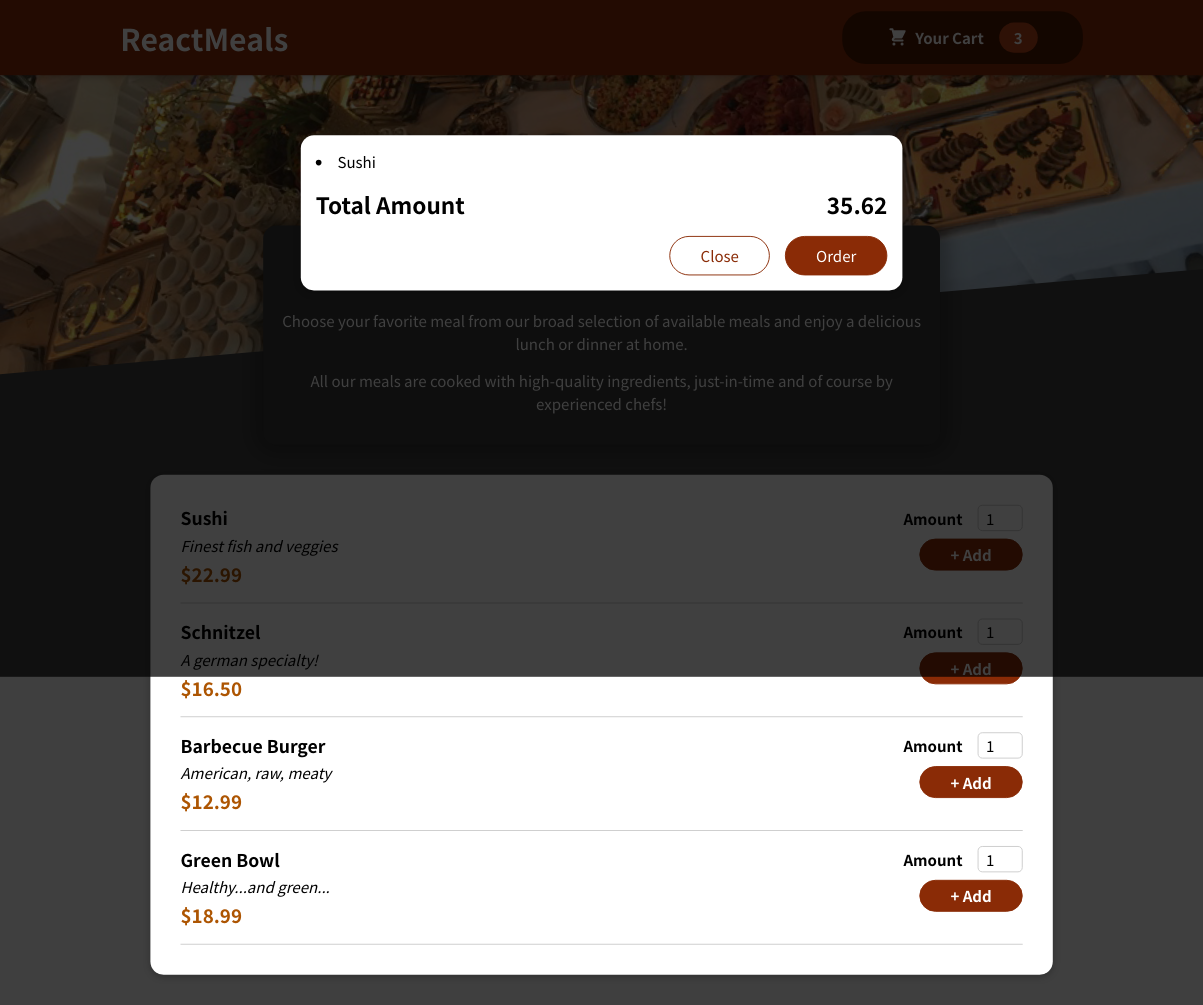
Repository: m-ahmadshaikh/React-Food-Ordering-App
Page: /
An editor plug-in stored every save of this project. The page is shown before and after the next save, followed by the edit.
The browser window is 1280 px wide. The pictures show the whole page, at 94% of full size.
The project was rebuilt for these pictures with package versions that can differ from the ones it lists, and the page was loaded fresh each time.

Above is the page before, as saved 2022-09-08 17:36:05.

After the next save:
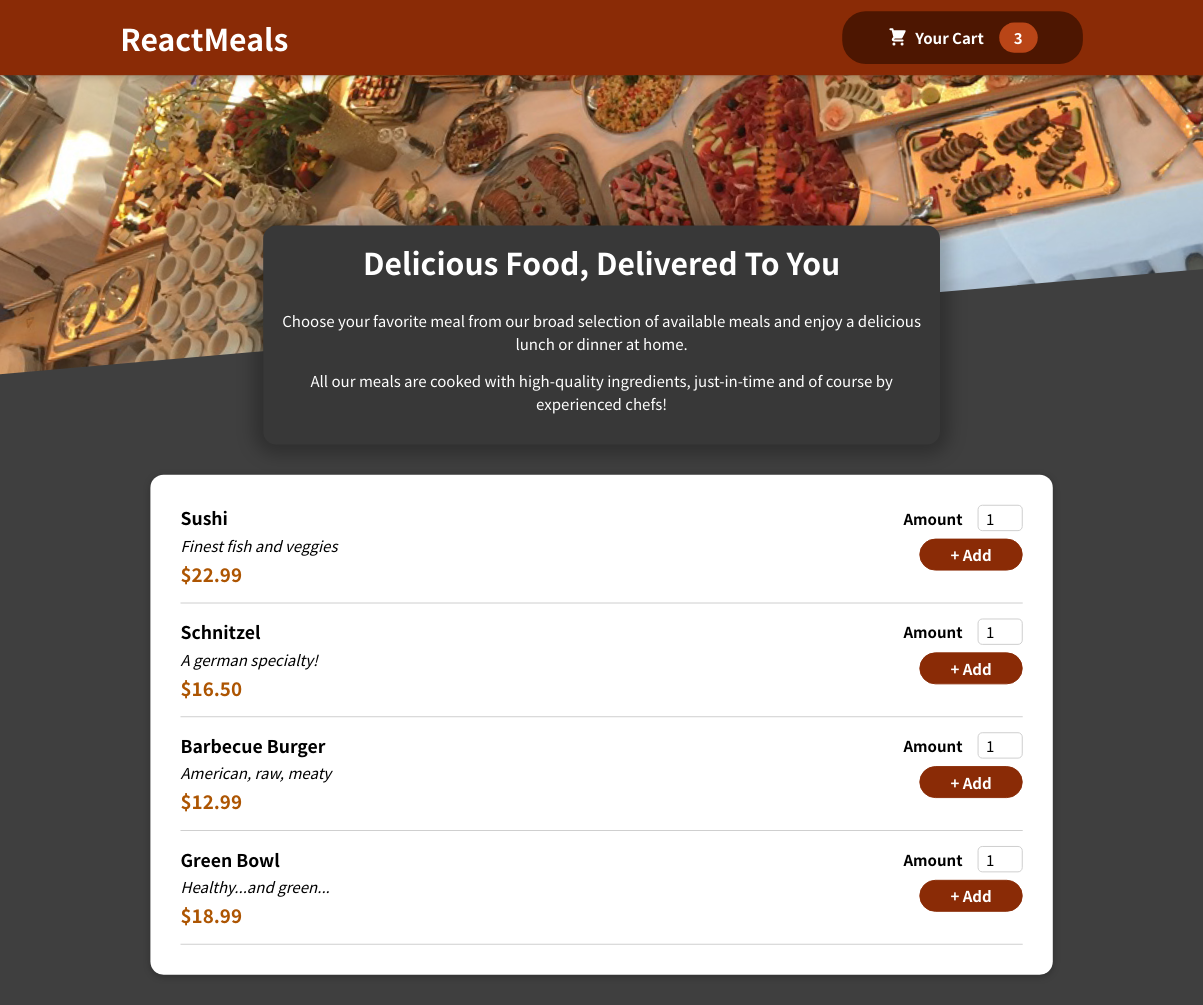
Saved 11 min 46 s later.
--- a/src/App.js
+++ b/src/App.js
@@ -1,12 +1,18 @@
-import { Fragment } from 'react';
+import { Fragment, useState } from 'react';
 import Cart from './components/Cart/Cart';
 import Header from './components/Layout/Header';
 import Meals from './components/Meals/Meals';
 
 function App() {
+  const [isCartVisible, setisCartVisible] = useState(false);
+
+  const toggleCartVisibility = () => {
+    setisCartVisible((prevState) => !prevState);
+  };
+
   return (
     <Fragment>
-      <Cart />
+      {isCartVisible && <Cart />}
       <Header />
       <Meals />
     </Fragment>
